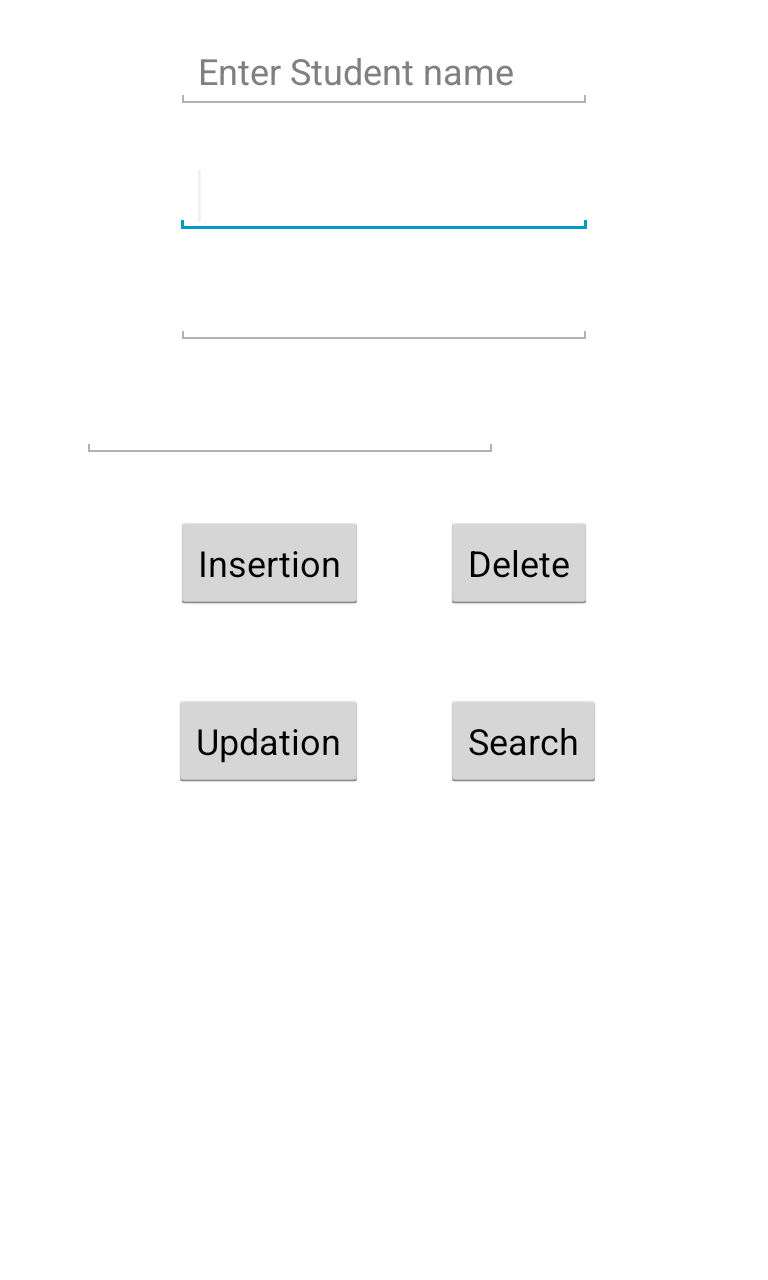
Repository: amittttt/Android-HP
Layout: Sqllite/res/layout/activity_main.xml
An editor plug-in stored every save of this project. The layout is shown before and after the next save, followed by the edit.
It is drawn on a 768 x 1280 px phone screen (xhdpi) without system bars, with theme AppTheme; the app's code is not run.

Above is the layout before, as saved 2016-05-13 04:35:59.

### Sqllite/res/layout/activity_main.xml
<RelativeLayout xmlns:android="http://schemas.android.com/apk/res/android"
    xmlns:tools="http://schemas.android.com/tools"
    android:layout_width="match_parent"
    android:layout_height="match_parent"
    android:paddingBottom="@dimen/activity_vertical_margin"
    android:paddingLeft="@dimen/activity_horizontal_margin"
    android:paddingRight="@dimen/activity_horizontal_margin"
    android:paddingTop="@dimen/activity_vertical_margin"
    tools:context=".MainActivity" >

    <EditText
        android:id="@+id/editText1"
        android:layout_width="wrap_content"
        android:layout_height="wrap_content"
        android:layout_alignParentTop="true"
        android:layout_centerHorizontal="true"
        android:ems="10"
        android:hint="Enter Student name "
        />

    <EditText
        android:id="@+id/editText2"
        android:layout_width="wrap_content"
        android:layout_height="wrap_content"
        android:layout_below="@+id/editText1"
        android:layout_centerHorizontal="true"
        android:layout_marginTop="23dp"
        android:ems="10" >

        <requestFocus />
    </EditText>

    <EditText
        android:id="@+id/editText3"
        android:layout_width="wrap_content"
        android:layout_height="wrap_content"
        android:layout_alignLeft="@+id/editText2"
        android:layout_below="@+id/editText2"
        android:layout_marginTop="16dp"
        android:ems="10" />

    <Button
        android:id="@+id/button2"
        android:layout_width="wrap_content"
        android:layout_height="wrap_content"
        android:layout_alignRight="@+id/button1"
        android:layout_below="@+id/button1"
        android:layout_marginTop="41dp"
        android:text="Updation" />

    <Button
        android:id="@+id/button1"
        android:layout_width="wrap_content"
        android:layout_height="wrap_content"
        android:layout_alignLeft="@+id/editText3"
        android:layout_below="@+id/editText3"
        android:layout_marginTop="84dp"
        android:text="Insertion" />

    <EditText
        android:id="@+id/editText4"
        android:layout_width="wrap_content"
        android:layout_height="wrap_content"
        android:layout_alignParentLeft="true"
        android:layout_below="@+id/editText3"
        android:layout_marginLeft="24dp"
        android:layout_marginTop="17dp"
        android:ems="10"
        android:inputType="phone" />

    <Button
        android:id="@+id/button4"
        android:layout_width="wrap_content"
        android:layout_height="wrap_content"
        android:layout_above="@+id/button2"
        android:layout_alignRight="@+id/editText3"
        android:text="Delete" />

    <Button
        android:id="@+id/button5"
        android:layout_width="wrap_content"
        android:layout_height="wrap_content"
        android:layout_alignBaseline="@+id/button2"
        android:layout_alignBottom="@+id/button2"
        android:layout_alignLeft="@+id/button4"
        android:text="Search" />

</RelativeLayout>

Loaded but not shown: Sqllite/res/values/styles.xml (common file); Sqllite/res/values-v11/styles.xml (common file); Sqllite/res/values-v14/styles.xml (common file); Sqllite/res/values/dimens.xml (common file)

After the next save:
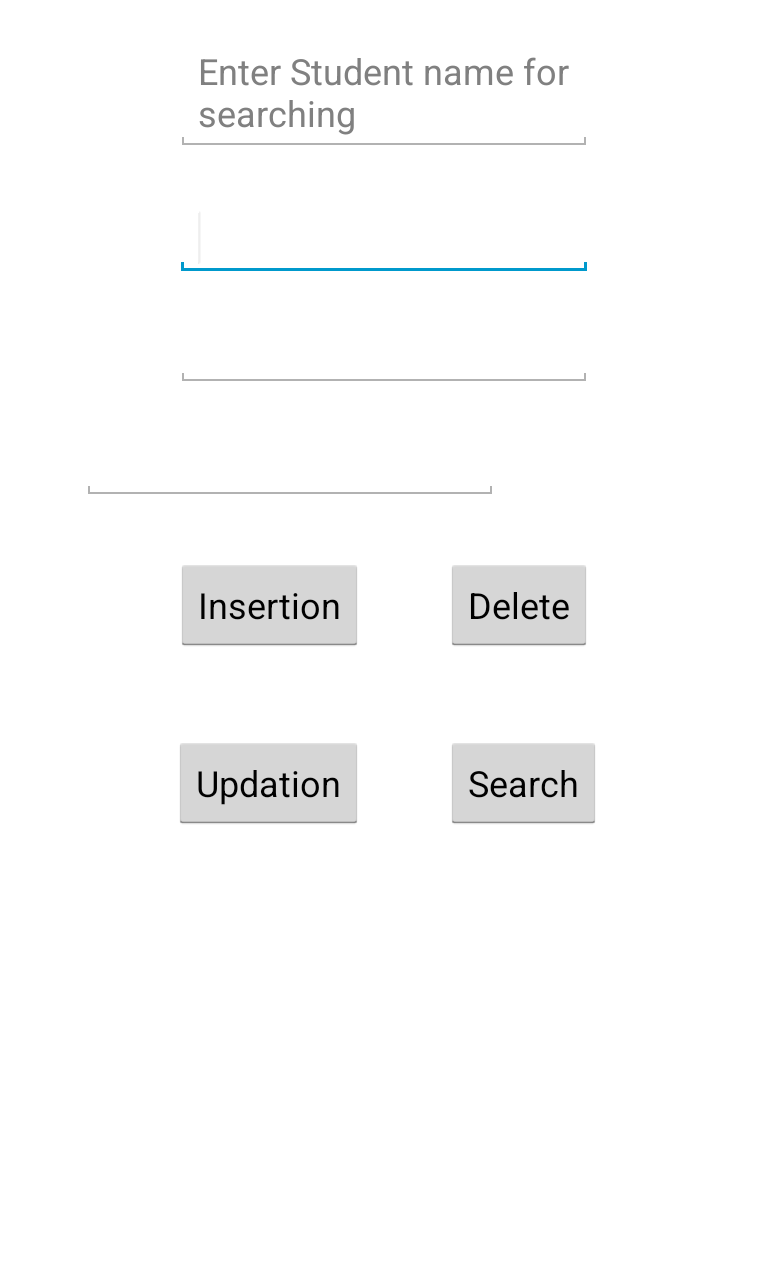
Saved 19 s later.
--- a/Sqllite/res/layout/activity_main.xml
+++ b/Sqllite/res/layout/activity_main.xml
@@ -15,7 +15,7 @@
         android:layout_alignParentTop="true"
         android:layout_centerHorizontal="true"
         android:ems="10"
-        android:hint="Enter Student name "
+        android:hint="Enter Student name for searching"
         />
 
     <EditText
